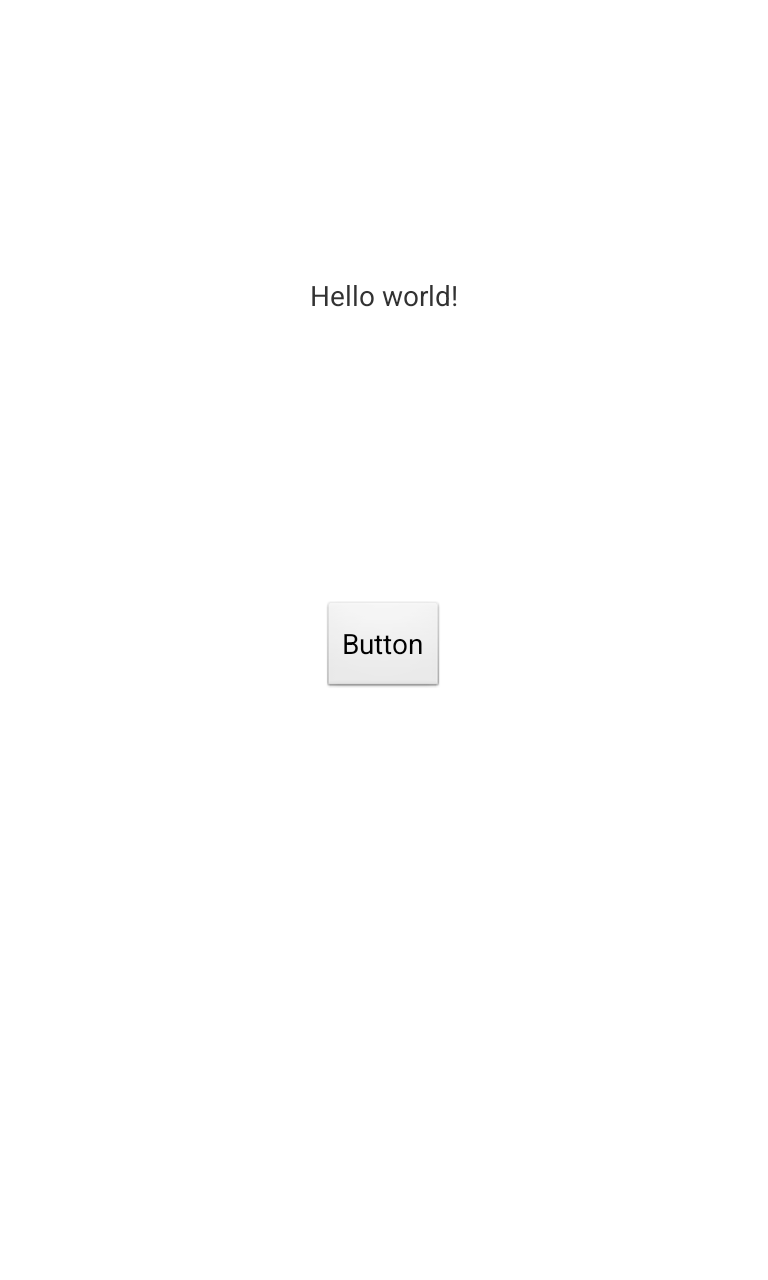
Repository: DiegoAguiar/android
Layout: conceito/res/layout/tela1.xml
An editor plug-in stored every save of this project. The layout is shown before and after the next save, followed by the edit.
It is drawn on a 768 x 1280 px phone screen (xhdpi) without system bars, with theme AppTheme; the app's code is not run.

Above is the layout before, as saved 2012-08-11 13:57:16.

After the next save:
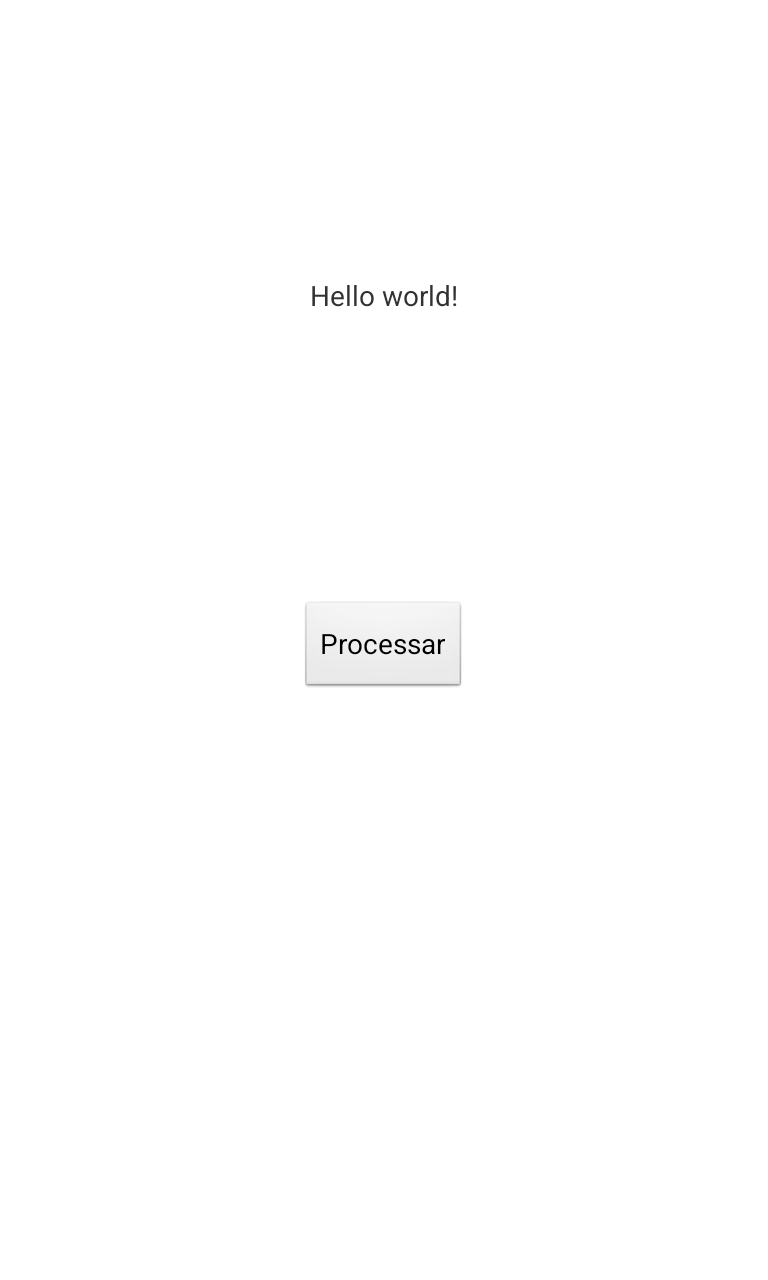
Saved 59 s later.
--- a/conceito/res/layout/tela1.xml
+++ b/conceito/res/layout/tela1.xml
@@ -21,6 +21,6 @@
         android:layout_below="@+id/textView1"
         android:layout_centerHorizontal="true"
         android:layout_marginTop="135dp"
-        android:text="Button" />
+        android:text="@string/botao_processar" />
 
 </RelativeLayout>
